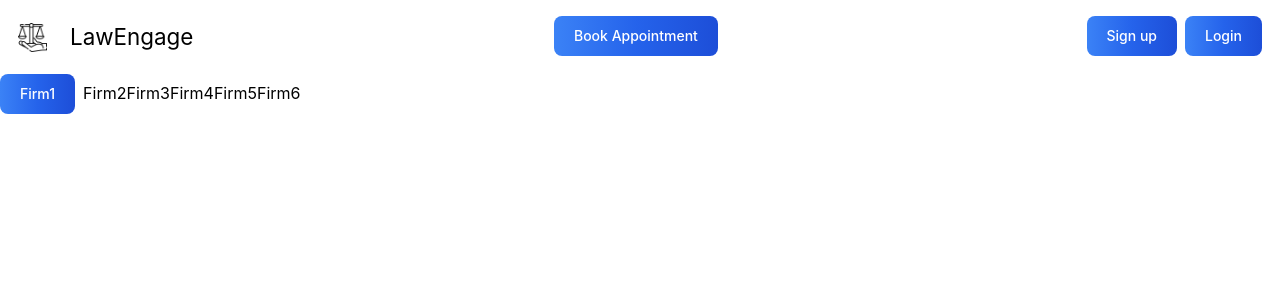
Repository: khushijain8/Lawyer-appointment-application
Page: /book (app in frontend/)
An editor plug-in stored every save of this project. The page is shown before and after the next save, followed by the edit.
The browser window is 1280 px wide. The pictures show the whole page.
The project was rebuilt for these pictures with package versions that can differ from the ones it lists, and the page was loaded fresh each time. Also part of the build but not shown: frontend/src/App.css, frontend/src/components/Signup/Signup.css, frontend/src/components/Signup/Signup.jsx, frontend/src/components/Login/Login.css, frontend/src/components/Login/Login.jsx, frontend/src/components/LawyerContainer/LawyerContainer.css, frontend/src/components/LawyerContainer/LawyerContainer.jsx, frontend/src/components/Firm1/Firm1.jsx.

Above is the page before, as saved 2025-01-22 21:36:44.

### frontend/src/index.js
import React from 'react';
import ReactDOM from 'react-dom/client';
import './index.css';
import App from './App';
import reportWebVitals from './reportWebVitals';
import {BrowserRouter} from 'react-router-dom';
import {Provider} from 'react-redux';
import {store} from './redux/store';
const root = ReactDOM.createRoot(document.getElementById('root'));
root.render(
  <React.StrictMode>
    <Provider store={store}>
     <BrowserRouter>
      <App />
    </BrowserRouter>
    </Provider>
  </React.StrictMode>
);

// If you want to start measuring performance in your app, pass a function
// to log results (for example: reportWebVitals(console.log))
// or send to an analytics endpoint. Learn more: https://bit.ly/CRA-vitals
reportWebVitals();

### frontend/src/App.js
import './App.css';

import {Route,Routes} from 'react-router-dom';
import Signup from './components/Signup/Signup';
import {Login} from './components/Login/Login';
import Navbar from './components/Navbar/Navbar';
import Book from './components/Book/Book';
import Firm1 from './components/Firm1/Firm1'
function App() {
  return (
    <>
      <Navbar></Navbar>
      <Routes>
        <Route path='/' element={<Signup/>}/>
        <Route path='/signup' element={<Signup/>}/>
        <Route path='/login' element={<Login/>}/>
        <Route path='/book' element={<Book/>}/>
        <Route path='/firm1' element={<Firm1/>}/>
      </Routes>

    </>
  );
}

export default App;

### frontend/src/redux/store.js
import {configureStore} from '@reduxjs/toolkit'
import LawyerReducer from './Lawyer/lawyerSlice'

export const store=configureStore({
    reducer:{
        lawyer:LawyerReducer
    },
})

### frontend/src/components/Navbar/Navbar.jsx
import React from 'react'
import lawlogo from '../../assets/law.png';
import './Navbar.css';
import {useNavigate} from 'react-router-dom';
function Navbar() {
    const navigate=useNavigate()
  return (
    <div className='navbar'>
        <div className="left-nav">
            <img className = "logo px-2 py-2" src={lawlogo} alt="logo"></img>
            <span className="heading">LawEngage</span>
        </div>
        <div className='mid-nav'>
            <button class="text-white bg-gradient-to-r from-blue-500 via-blue-600 to-blue-700 hover:bg-gradient-to-br focus:ring-4 focus:outline-none focus:ring-blue-300 dark:focus:ring-blue-800 font-medium rounded-lg text-sm px-5 py-2.5 text-center me-2 mb-2"onClick={()=>navigate('/book')}>Book Appointment</button>
        </div>
        <div className='right-nav'>
            <button class="text-white bg-gradient-to-r from-blue-500 via-blue-600 to-blue-700 hover:bg-gradient-to-br focus:ring-4 focus:outline-none focus:ring-blue-300 dark:focus:ring-blue-800 font-medium rounded-lg text-sm px-5 py-2.5 text-center me-2 mb-2"onClick={()=>navigate('/signup')}>Sign up</button>
            <button class="text-white bg-gradient-to-r from-blue-500 via-blue-600 to-blue-700 hover:bg-gradient-to-br focus:ring-4 focus:outline-none focus:ring-blue-300 dark:focus:ring-blue-800 font-medium rounded-lg text-sm px-5 py-2.5 text-center me-2 mb-2" onClick={()=>navigate('/login')}>Login</button>
        </div>
    </div>
  )
}

export default Navbar

### frontend/src/components/Book/Book.jsx
import React from 'react'
import {useNavigate} from 'react-router-dom';
function Book() {
  const navigate=useNavigate();
  return (
    <div className="firms">
      <button class="text-white bg-gradient-to-r from-blue-500 via-blue-600 to-blue-700 hover:bg-gradient-to-br focus:ring-4 focus:outline-none focus:ring-blue-300 dark:focus:ring-blue-800 font-medium rounded-lg text-sm px-5 py-2.5 text-center me-2 mb-2" onClick={()=>navigate('/firm1')}>Firm1</button>
      <button onClick={()=>navigate('/firm2')}>Firm2</button>
      <button onClick={()=>navigate('/firm3')}>Firm3</button>
      <button onClick={()=>navigate('/firm4')}>Firm4</button>
      <button onClick={()=>navigate('/firm5')}>Firm5</button>
      <button onClick={()=>navigate('/firm6')}>Firm6</button>
    </div>
  )
}

export default Book

### frontend/src/redux/Lawyer/lawyerSlice.js
import { createAsyncThunk,createSlice} from "@reduxjs/toolkit"
import axios from 'axios';
const initialState={
    loading:false,
    lawyers:[],
    error:'',
}

export const fetchLawyers=createAsyncThunk('Lawyer/fetchLawyers',()=>{
    return axios
    .get("http://localhost:8080/lawyers")
        .then((response) => {
            console.log("API Response:", response.data);
            return response.data;
        })
        .catch((error) => {
            console.log("API Error:", error);
            throw error;
        });
})

export const bookSlot=createAsyncThunk("Lawyer/bookSlot",
    async ({lawyerId,slotIndex},{rejectWithValue})=>{
      try {
        const response = await axios.post("http://localhost:8080/bookSlot", {
          lawyerId,
          slotIndex,
        });
        console.log("Slot booked successfully:", response.data);
        return { lawyerId, slotIndex };
      } catch (error) {
        console.log(lawyerId,slotIndex);
        console.error("Failed to book slot:", error);
        return rejectWithValue(error.response?.data || "Booking failed");
      }
    }
  );



const lawyerSlice=createSlice({
    name:'lawyer',
    initialState,
    extraReducers:builder=>{
        builder.addCase(fetchLawyers.pending,state=>{
            state.loading=true
            console.log("Fetch lawyers faileda");
        })
        builder.addCase(fetchLawyers.fulfilled,(state,action)=>{
            state.loading=false
            state.lawyers=action.payload
            state.error=''
            console.log("Fetch lawyers failedb");
        })
        builder.addCase(fetchLawyers.rejected,(state,action)=>{
            state.loading=false
            state.error=action.error.message
            state.lawyers=[]
            console.log("Fetch lawyers failedc");
        })
        builder.addCase(bookSlot.pending,state=>{
            state.loading=true
            console.log("Fetch lawyers faileda");
        })
        builder.addCase(bookSlot.fulfilled,(state,action)=>{
            state.loading=false
            const {lawyerId,slotIndex}=action.payload;
            const lawyer=state.lawyers.find((l) => l._id === lawyerId);
            if (lawyer) {
              lawyer.availability[slotIndex].isAvailable=false;
            }
        })
        builder.addCase(bookSlot.rejected,(state,action)=>{
            state.loading=false
            state.error=action.error.message
            state.lawyers=[]
            console.log("Fetch lawyers failedc");
        })
    },

})
export default lawyerSlice.reducer;

### frontend/src/components/Navbar/Navbar.css
.logo{
    width:45px;
    height:45px;
}
.navbar{
    margin:10px;
    display:flex;
    justify-content : space-between;
}
.left-nav{
    display: flex;
    justify-content: start;
    gap:15px;
    align-items:center; /* for heading (lawengage to be at the center of the logo)*/
}
.mid-nav{
    margin-top:6px;
}
.right-nav{
    margin-top:6px;
}
.heading{
    font-size: 1.4rem;
    font-weight: normal;
}

Loaded but not shown: frontend/public/index.html (common file); frontend/src/index.css (common file); frontend/src/reportWebVitals.js (common file); frontend/tailwind.config.js (common file)

After the next save:
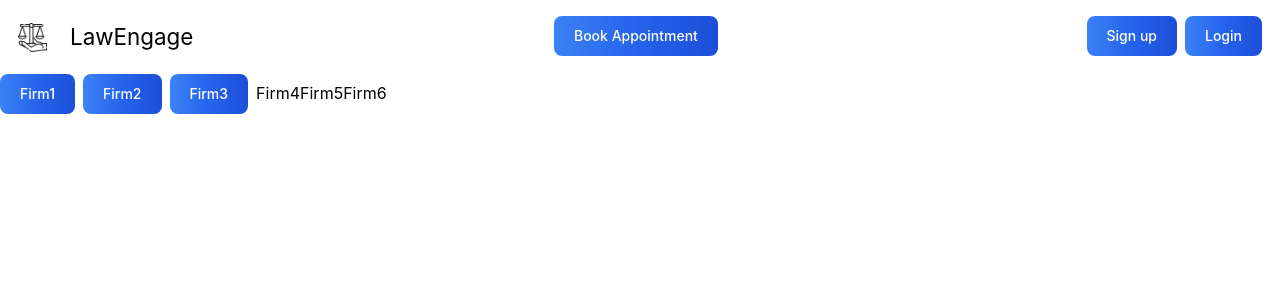
Saved 91 s later.
--- a/frontend/src/components/Book/Book.jsx
+++ b/frontend/src/components/Book/Book.jsx
@@ -5,8 +5,8 @@ function Book() {
   return (
     <div className="firms">
       <button class="text-white bg-gradient-to-r from-blue-500 via-blue-600 to-blue-700 hover:bg-gradient-to-br focus:ring-4 focus:outline-none focus:ring-blue-300 dark:focus:ring-blue-800 font-medium rounded-lg text-sm px-5 py-2.5 text-center me-2 mb-2" onClick={()=>navigate('/firm1')}>Firm1</button>
-      <button onClick={()=>navigate('/firm2')}>Firm2</button>
-      <button onClick={()=>navigate('/firm3')}>Firm3</button>
+      <button class="text-white bg-gradient-to-r from-blue-500 via-blue-600 to-blue-700 hover:bg-gradient-to-br focus:ring-4 focus:outline-none focus:ring-blue-300 dark:focus:ring-blue-800 font-medium rounded-lg text-sm px-5 py-2.5 text-center me-2 mb-2" onClick={()=>navigate('/firm2')}>Firm2</button>
+      <button class="text-white bg-gradient-to-r from-blue-500 via-blue-600 to-blue-700 hover:bg-gradient-to-br focus:ring-4 focus:outline-none focus:ring-blue-300 dark:focus:ring-blue-800 font-medium rounded-lg text-sm px-5 py-2.5 text-center me-2 mb-2" onClick={()=>navigate('/firm3')}>Firm3</button>
       <button onClick={()=>navigate('/firm4')}>Firm4</button>
       <button onClick={()=>navigate('/firm5')}>Firm5</button>
       <button onClick={()=>navigate('/firm6')}>Firm6</button>
